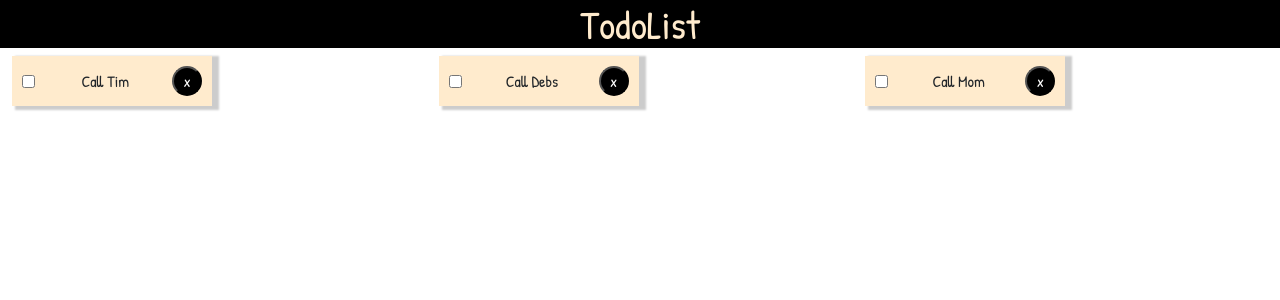
Repository: latenightsnacc/React-Projects
Page: /about (app in todolist/)
These files come from the project's save history. The page is drawn as it stood at one moment and after the next save; the edit follows.
The browser window is 1280 px wide. The pictures show the whole page.
The project was rebuilt for these pictures with package versions that can differ from the ones it lists, and the page was loaded fresh each time.

Above is the page before, as saved 2020-07-02 12:28:44.

### todolist/public/index.html
<!DOCTYPE html>
<html lang="en">
  <head>
    <meta charset="utf-8" />
    <link rel="icon" href="%PUBLIC_URL%/favicon.ico" />
    <meta name="viewport" content="width=device-width, initial-scale=1" />
    <meta name="theme-color" content="#000000" />
    <meta
      name="description"
      content="Web site created using create-react-app"
    />
    <link rel="apple-touch-icon" href="%PUBLIC_URL%/logo192.png" />
    <link rel="stylesheet" href="https://stackpath.bootstrapcdn.com/bootstrap/4.5.0/css/bootstrap.min.css" integrity="sha384-9aIt2nRpC12Uk9gS9baDl411NQApFmC26EwAOH8WgZl5MYYxFfc+NcPb1dKGj7Sk" crossorigin="anonymous">
    <link rel="manifest" href="%PUBLIC_URL%/manifest.json" />
    <link href="https://fonts.googleapis.com/css2?family=Patrick+Hand&display=swap" rel="stylesheet">
    <title>React App</title>
  </head>
  <body>
    <noscript>You need to enable JavaScript to run this app.</noscript>
    <div id="root"></div>
    <!--
      This HTML file is a template.
      If you open it directly in the browser, you will see an empty page.

      You can add webfonts, meta tags, or analytics to this file.
      The build step will place the bundled scripts into the <body> tag.

      To begin the development, run `npm start` or `yarn start`.
      To create a production bundle, use `npm run build` or `yarn build`.
    -->
  </body>
</html>

### todolist/src/App.js
import React, {Component} from 'react';
import TodoList from './components/TodoList';
import Header from './components/layout/Header'
import './styles/App.scss';

class App extends Component  {
  constructor(props){
    super(props);
    this.state = {
      todos: [
        {
          id: 1,
          title: 'Call Tim',
          completed: false
        },
        {
          id: 2,
          title: 'Call Debs',
          completed: false
        },
        {
          id: 3,
          title: 'Call Mom',
          completed: false
        }
      ]
    }

  }

  // Toggle Complete
  markComplete = (id) => {
    this.setState({
      todos: this.state.todos.map(task => {
        if(task.id === id){
          task.completed = !task.completed
        }
        return task;
      })
    })
  }

  // Delete Task
  deleteTask = (id) => {
    this.setState({
      todos: [...this.state.todos.filter(
        task => task.id !== id
      )]
    })
  }

  render() {
    return (
      <div className="App">
        <Header />
        <TodoList tasks= {this.state.todos} markComplete={this.markComplete} deleteTask= {this.deleteTask} />
      </div>
    );
  }

}

export default App;

### todolist/src/components/TodoList.js
import React, { Component } from 'react';
import PropTypes from 'prop-types';
import TodoItem from './TodoItem';

class TodoList extends Component {
    render() {
        return (
            <>
                <div style={todoList}>
                    {
                        this.props.tasks.map(task => {
                            return <TodoItem key={task.id} task= {task} markComplete={this.props.markComplete} deleteTask= {this.props.deleteTask} />
                        })
                    }
                </div>
            </>
        )
    }
}

const todoList = {
    display: 'flex',
    width: '100vw',
    justifyContent: 'center'
}
// PropTypes
TodoList.propTypes = {
    tasks: PropTypes.array.isRequired
}
export default TodoList;

### todolist/src/components/layout/Header.js
import React from 'react'

function Header() {
    return (
        <div style={headerStyle}>
           <h1>TodoList</h1>
        </div>
    )
}

const headerStyle = {
    background: 'black',
    color: '#ffebcd',
    textAlign: 'center',
    lineHeight: '1.4'
}

export default Header;

### todolist/src/styles/App.scss
@import "~bootstrap/scss/bootstrap";
@import url('https://fonts.googleapis.com/css2?family=Patrick+Hand&display=swap');

* {
    margin: 0;
    padding: 0;
    font-family: 'Patrick Hand', cursive;
}

### todolist/src/components/TodoItem.js
import React, { Component } from 'react';
import PropTypes from 'prop-types';

class TodoItem extends Component {
    getStyle = () => {
        return {
            background: '#ffebcd',
            width: '200px',
            padding: '10px',
            display: 'flex',
            alignItems: 'center',
            justifyContent: 'space-between',
            marginBottom: '15px',
            boxShadow: '5px 2px 2px 2px #cccccc',
            textDecoration: this.props.task.completed ?
            'line-through'
            :'none'
        }
    }

    render() {
        const { id, title } = this.props.task;
        return (
            <>
                <div className="container">
                    <div className="row flex-d wrap">
                        <div className="col">
                            <div style={this.getStyle()}>
                                <input type="checkbox" onChange={this.props.markComplete.bind(this, id)} /> &nbsp;
                                {title}
                                <button style={btn} onClick={this.props.deleteTask.bind(this, id)}>x</button>
                            </div>
                        </div>
                    </div>

                </div>


            </>
        )
    }
}
const btn = {
    float: 'right',
    background: 'black',
    height: '30px',
    width: '30px',
    borderRadius: '50%',
    textAlign: 'center',
    color: 'white',
    outline: 'none'
}
// PropTypes
TodoItem.propTypes = {
    task: PropTypes.object.isRequired
}
export default TodoItem

Loaded but not shown: todolist/src/index.js (common file)

After the next save:
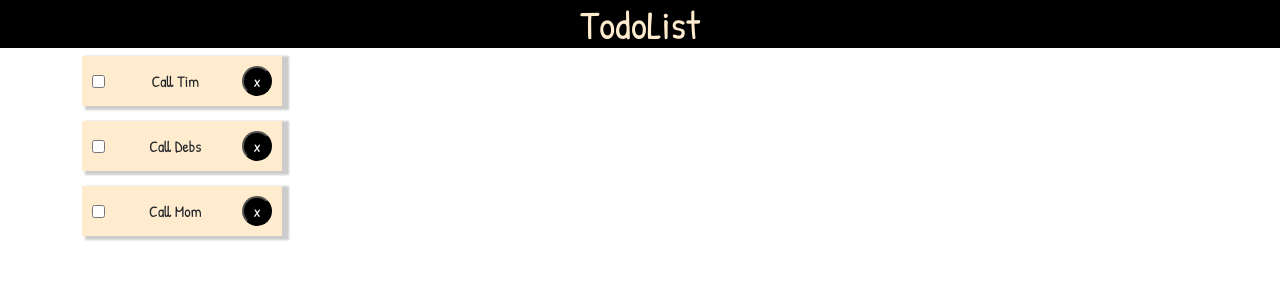
Saved 30 s later.
--- a/todolist/src/components/TodoList.js
+++ b/todolist/src/components/TodoList.js
@@ -21,7 +21,8 @@ class TodoList extends Component {
 const todoList = {
     display: 'flex',
     width: '100vw',
-    justifyContent: 'center'
+    justifyContent: 'center',
+    flexDirection: 'column'
 }
 // PropTypes
 TodoList.propTypes = {
